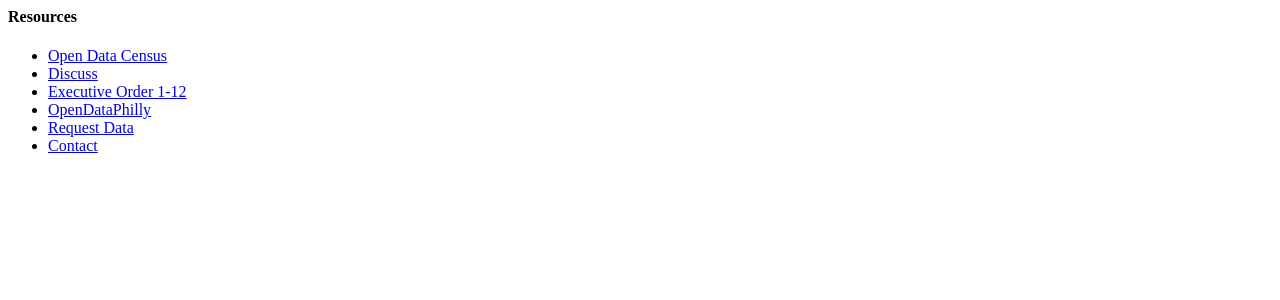
Repository: CityOfPhiladelphia/slash-data
Page: _includes/panel.html
The author's editor kept a record of every edit. The page is drawn from the files as they stood at one moment, then again after the next edit.
The browser window is 1280 px wide. The pictures show the whole page.

Above is the page before.

After the next edit:
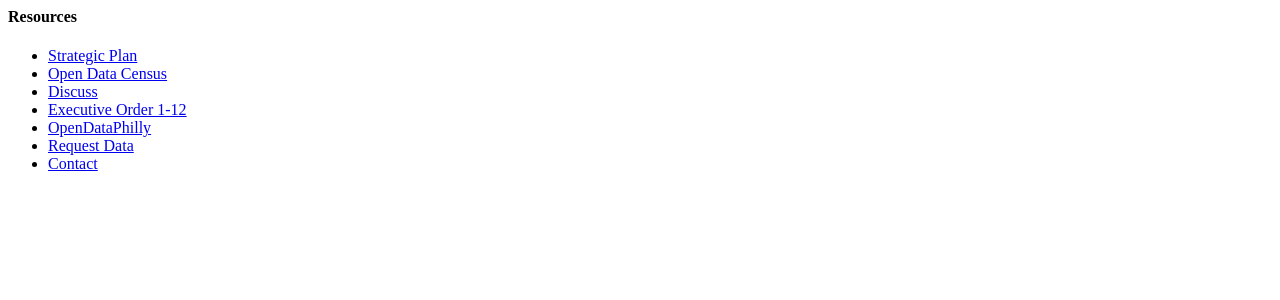
The edit:
--- a/_includes/panel.html
+++ b/_includes/panel.html
@@ -4,6 +4,7 @@
 
     <h4>Resources</h4>
     <ul>
+        <li><a href="#">Strategic Plan</a></li>
         <li><a href="{{ "/census/" | prepend: site.baseurl }}">Open Data Census</a></li>
         <li><a href="{{ "/discuss/" | prepend: site.baseurl }}">Discuss</a></li>
         <li><a href="{{ "/executive-order/" | prepend: site.baseurl }}">Executive Order 1-12</a></li>
